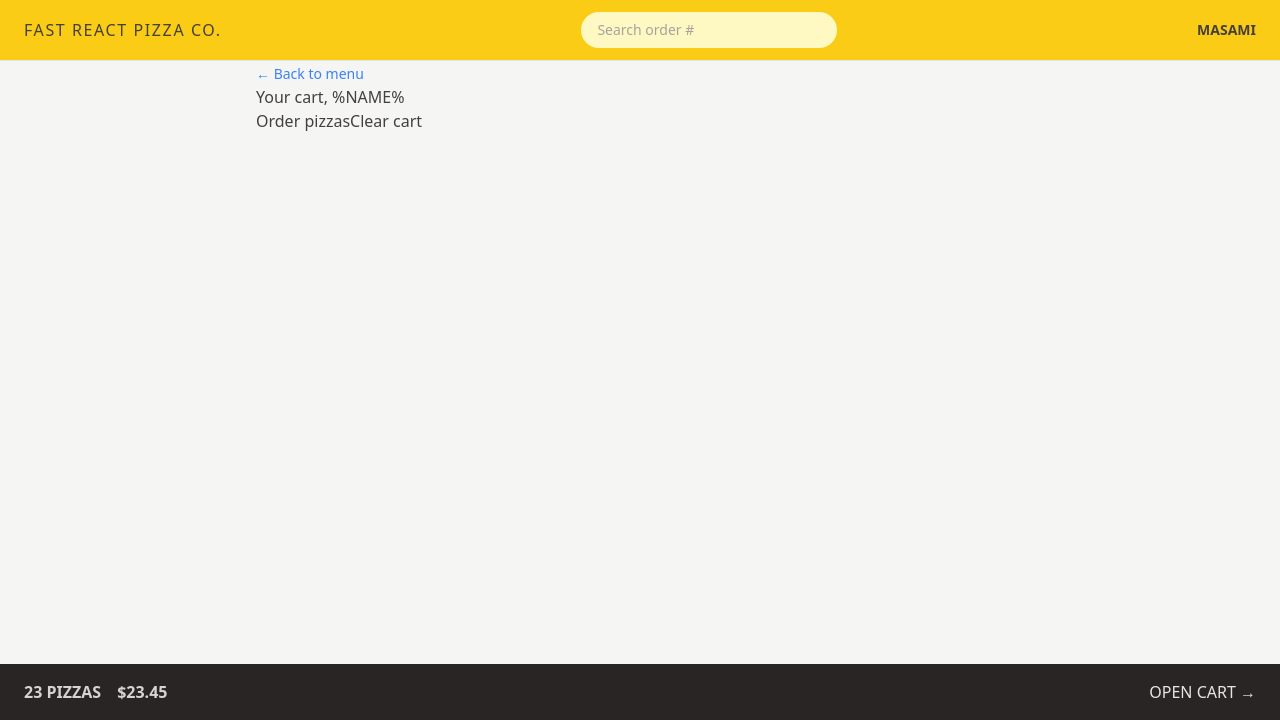
Repository: masamichan/pizza-vite
Page: /cart
An editor plug-in stored every save of this project. The page is shown before and after the next save, followed by the edit.
The browser window is 1280 px wide. The pictures show the whole page.
The project was rebuilt for these pictures with package versions that can differ from the ones it lists, and the page was loaded fresh each time. Also part of the build but not shown: vite.config.js, src/ui/Home.jsx, src/services/apiRestaurant.js, src/utils/helpers.js, src/features/menu/MenuItem.jsx, src/features/menu/Menu.jsx, src/features/order/CreateOrder.jsx, src/features/order/Order.jsx and 2 more. Imported but missing from the stored project, and not drawn on this page: src/features/user/CreateUser.

Above is the page before, as saved 2023-12-22 17:09:20.

After the next save:
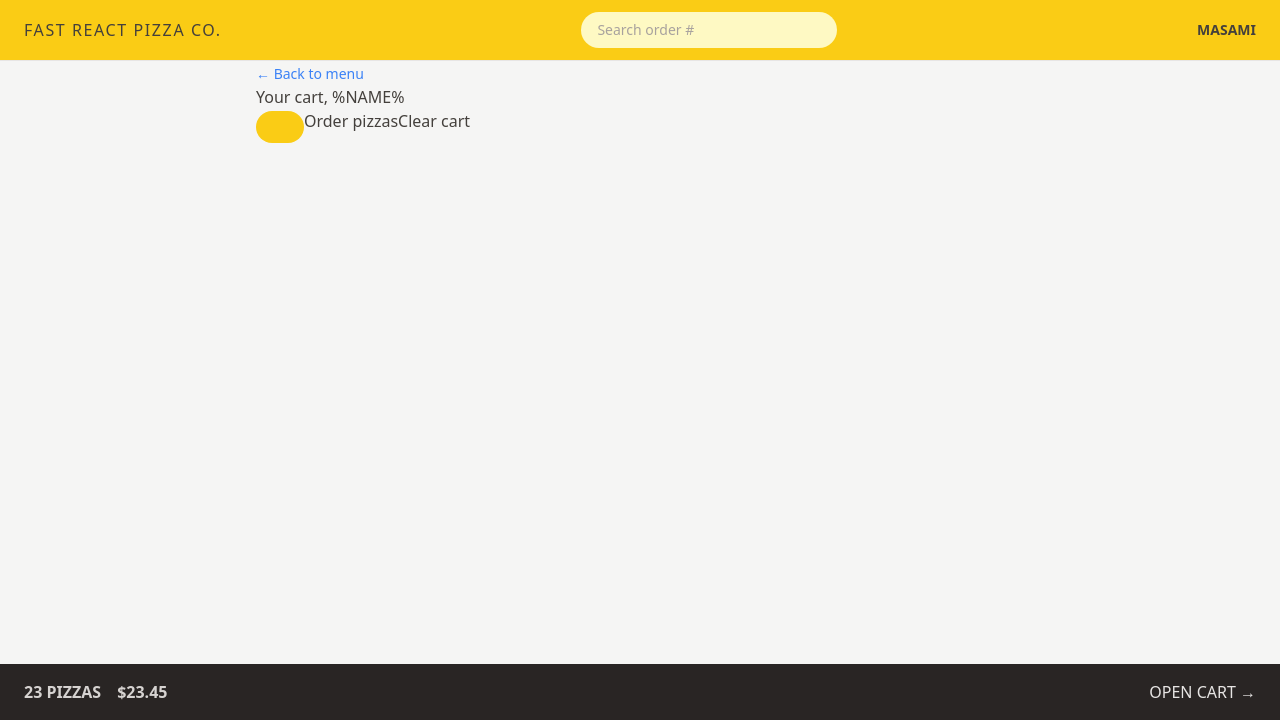
Saved 5 min 12 s later.
--- a/src/features/cart/Cart.jsx
+++ b/src/features/cart/Cart.jsx
@@ -1,5 +1,6 @@
 import { Link } from 'react-router-dom';
 import LinkButton from '../../ui/LinkButton';
+import Button from '../../ui/Button';
 
 const fakeCart = [
   {
@@ -35,7 +36,9 @@ function Cart() {
       <h2>Your cart, %NAME%</h2>
 
       <div>
-        <Link to="/order/new">Order pizzas</Link>
+        <Button to="/order/new"></Button>
+
+        <Link>Order pizzas</Link>
         <button>Clear cart</button>
       </div>
     </div>
